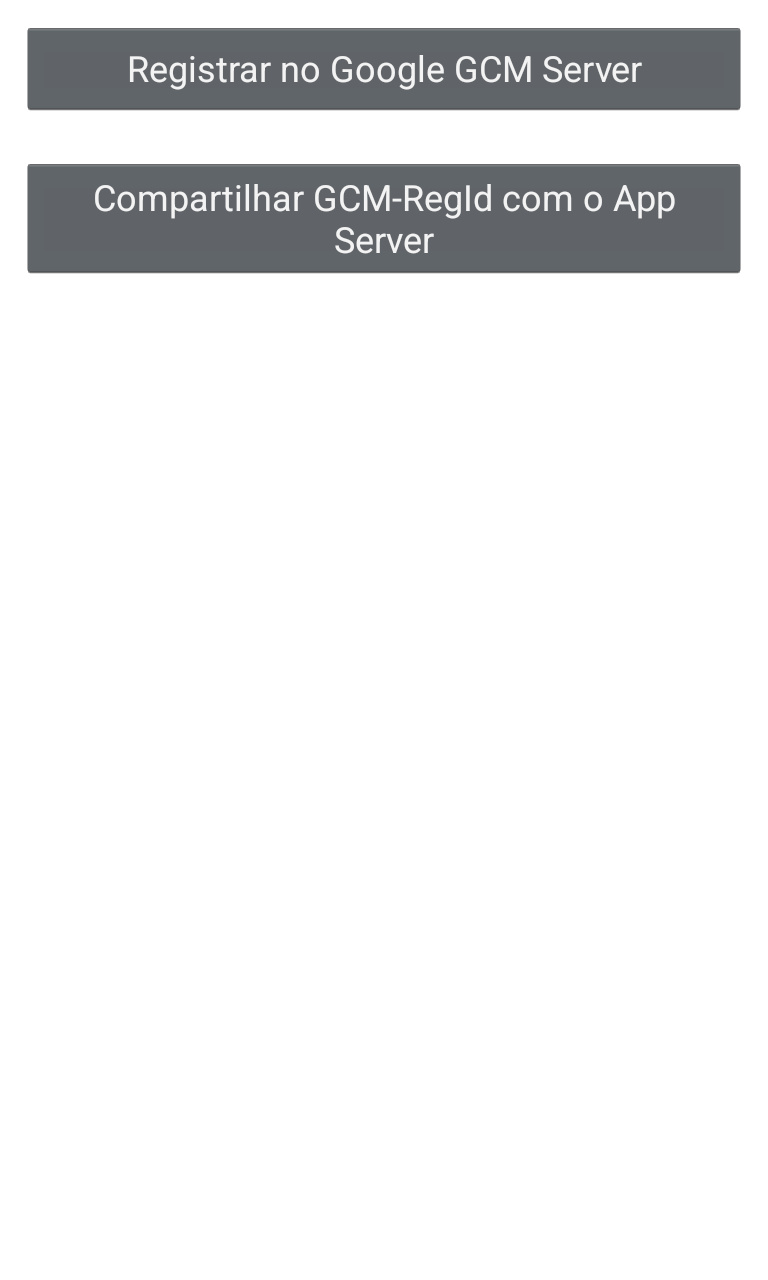
Repository: erickriger/integracao2014
Layout: ClientProjIntegracao2014/ClientProjIntegracao/res/layout/activity_registro.xml
The author's editor kept a copy of each file at every save. The layout is drawn from the files as they stood at one save, then again after the next save.
It is drawn on a 768 x 1280 px phone screen (xhdpi) without system bars, with theme android:Theme.Holo; the app's code is not run.

Above is the layout before, as saved 2014-06-19 00:34:26.

### ClientProjIntegracao2014/ClientProjIntegracao/res/layout/activity_registro.xml
<LinearLayout xmlns:android="http://schemas.android.com/apk/res/android"
    xmlns:tools="http://schemas.android.com/tools"
    android:layout_width="match_parent"
    android:layout_height="match_parent"
    android:orientation="vertical" android:background="#ffffff">

     <Button android:id="@+id/btnRegistrarGCM"
         android:layout_width="fill_parent"
         android:layout_height="wrap_content"
         android:text="Registrar no Google GCM Server"
         android:layout_margin="10dip"/>


     <Button android:id="@+id/btnCompartilharRegId"
         android:layout_width="fill_parent"
         android:layout_height="wrap_content"
         android:text="Compartilhar GCM-RegId com o App Server"
         android:layout_margin="10dip"/>

</LinearLayout>

After the next save:
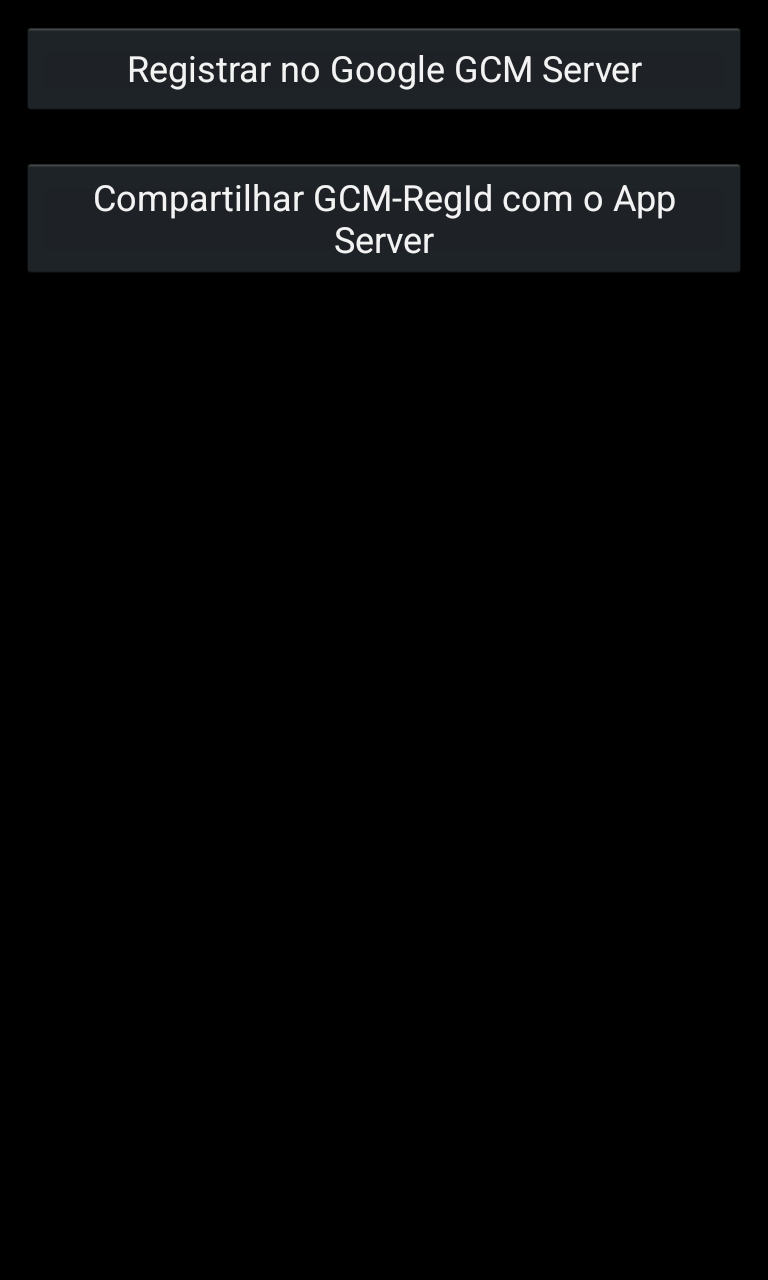
Saved 2 min 23 s later.
--- a/ClientProjIntegracao2014/ClientProjIntegracao/res/layout/activity_registro.xml
+++ b/ClientProjIntegracao2014/ClientProjIntegracao/res/layout/activity_registro.xml
@@ -2,7 +2,7 @@
     xmlns:tools="http://schemas.android.com/tools"
     android:layout_width="match_parent"
     android:layout_height="match_parent"
-    android:orientation="vertical" android:background="#ffffff">
+    android:orientation="vertical" android:background="#000000">
 
      <Button android:id="@+id/btnRegistrarGCM"
          android:layout_width="fill_parent"
